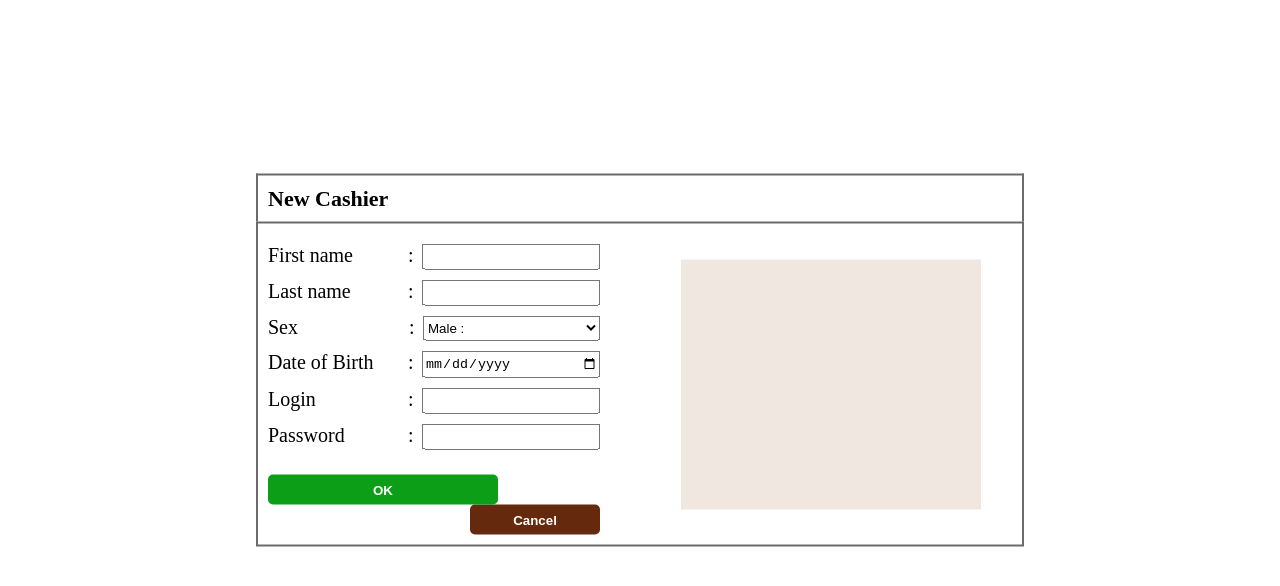
Repository: Dapravith/Midterm-SE-GIC-Cafe-Project-Group16
Page: src/main/resources/templates/addCashier.html
These files come from the project's save history. The page is drawn as it stood at one moment and after the next save; the edit follows.
The browser window is 1280 px wide. The pictures show the whole page.

Above is the page before, as saved 2023-05-17 09:31:51.
Console error: TypeError: Cannot read properties of null (reading 'addEventListener')
Not found: src/main/resources/templates/images/avatar.jpg

After the next save:
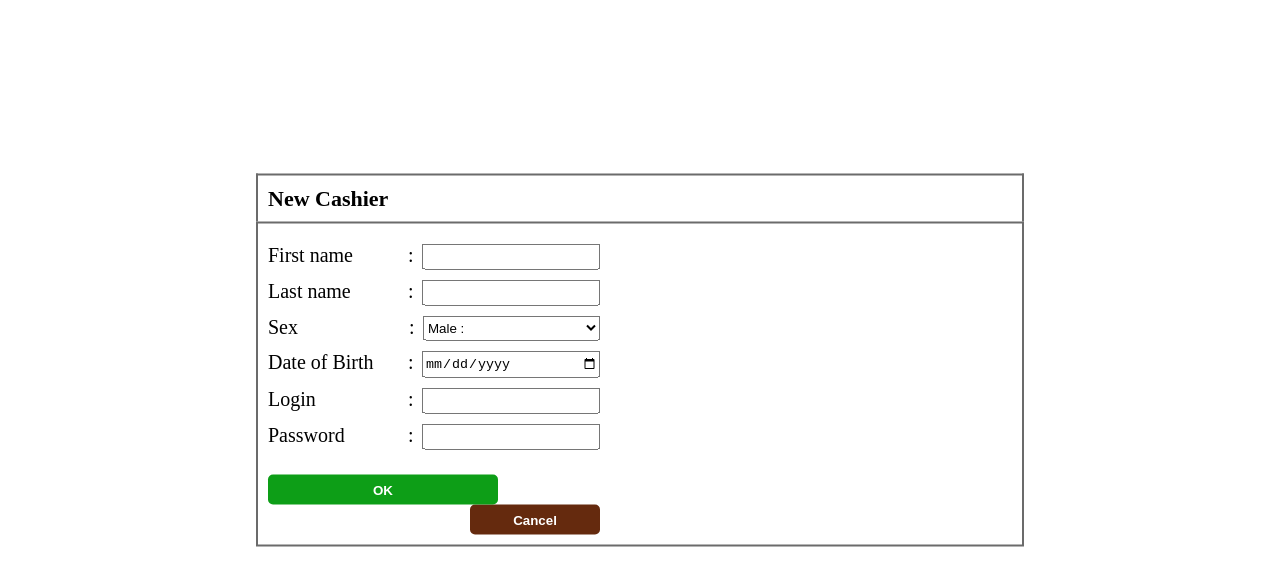
The error is gone.
Saved 57 s later.
--- a/src/main/resources/templates/addCashier.html
+++ b/src/main/resources/templates/addCashier.html
@@ -196,30 +196,8 @@
               <button class="btn_cancel">Cancel</button>
             </div>
           </div>
-          <div class="img_cashier">
-            <div class="img_bg"></div>
-            <img src="./images/avatar.jpg" alt="" />
-            <!-- <input type="file" id="myImg" accept="image/png, image/jpg"> -->
-            <!-- <div id="display_img"></div> -->
-          </div>
         </div>
       </form>
     </div>
-
-    <script>
-      const myImg = document.querySelector("#myImg");
-      var uploaded_img = "";
-
-      myImg.addEventListener("change", function () {
-        const reader = new FileReader();
-        reader.addEventListener("load", () => {
-          uploaded_img = reader.result;
-          document.querySelector(
-            "#display_img"
-          ).style.backgroundImage = `url(${uploaded_img})`;
-        });
-        reader.readAsDataURL(this.files[0]);
-      });
-    </script>
   </body>
 </html>
